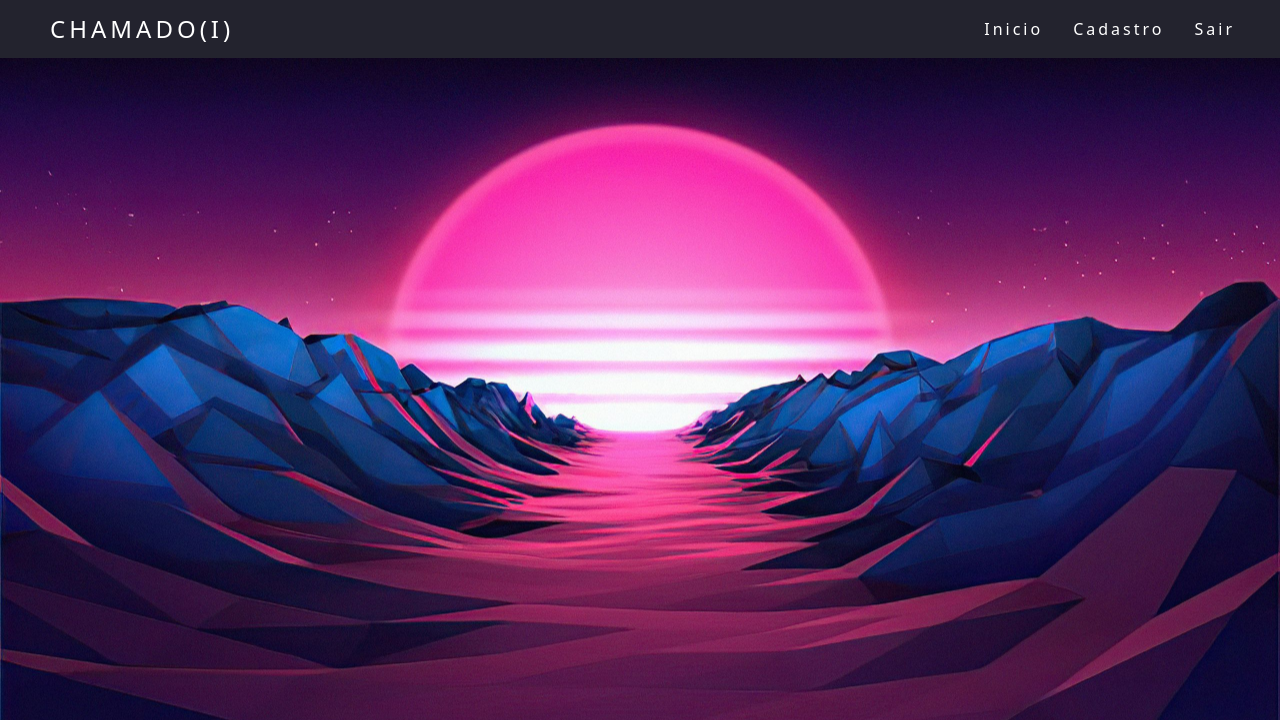
Repository: isaquemc2001/isaque-utilities
Page: index.html
These files come from the project's save history. The page is drawn as it stood at one moment and after the next save; the edit follows.
The browser window is 1280 px wide. The pictures show the whole page.

Above is the page before, as saved 2021-10-28 13:02:09.

After the next save:
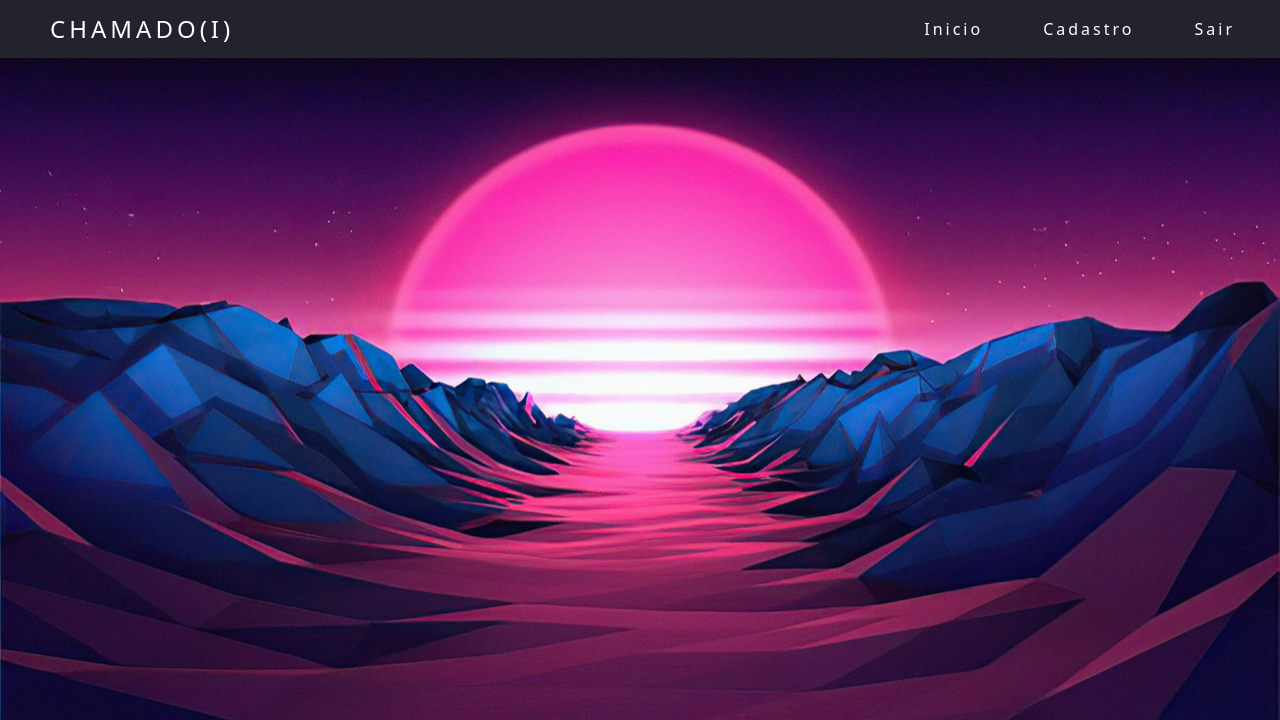
Saved 21 s later.
--- a/style.css
+++ b/style.css
@@ -38,12 +38,13 @@ main {
 .nav-list {
     list-style: none;
     display: flex;
-    margin-right: 30px;
+
 }
 
 .nav-list li {
     letter-spacing: 3px;
     padding: 15px;
+    margin-right: 30px;
 }
 
 .mobile-menu {
